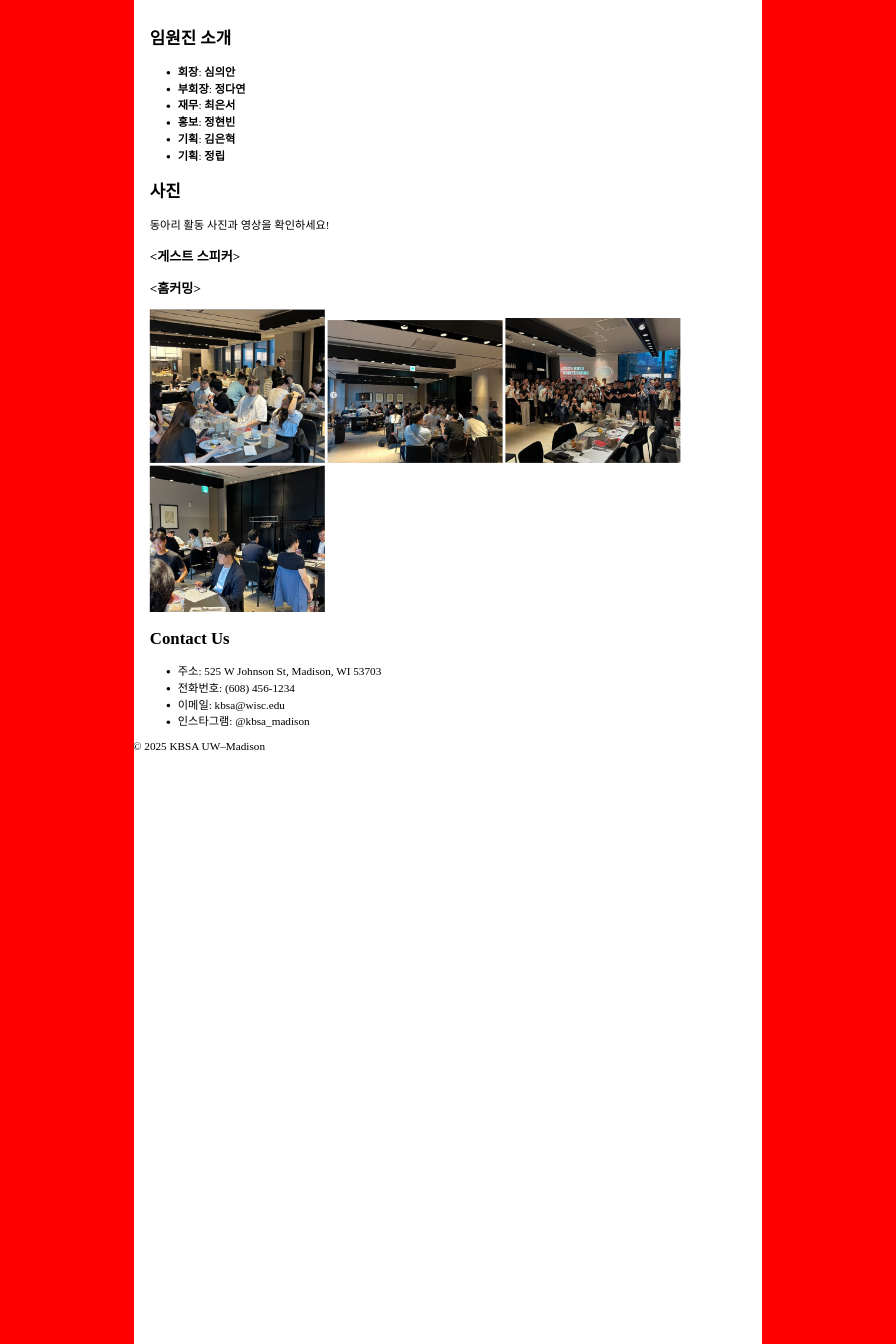
Repository: 23HarveyJi/25-Fall_chillguys
Page: website.html
The author's editor kept a copy of each file at every save. The page is drawn from the files as they stood at one save, then again after a run of saves.
The browser window is 1280 px wide. The pictures show the part of the page from y = 546 to 2466 px (the page is 18019 px tall), at 70% of full size.

Above is the page before, as saved 2025-10-16 23:45:41.

### website.html
<!DOCTYPE html>
<html lang="ko">
<head>
  <meta charset="UTF-8" />
  <title>UW–Madison 한인 동아리</title>
  <link rel="stylesheet" href="website.css" />
</head>

<body>
  <!-- 1. 소개 섹션 -->
  <div class="container">
    <h1>Korean Business Student Association</h1>

   <p><b>지원 링크:</b></p>
<a href="https://linktr.ee/kbsamadison?fbclid=PAZXh0bgNhZW0CMTEAAaez0IGr_gX9bEeE5vzRfHqp_7vc0nbncP" target="_blank">
  KBSA 지원하러 가기
</a>

   <h2>동아리 소개</h2>
    <p><i>저희 동아리는 UW–Madison에서 활동하는 한인 학생들의 모임입니다. 경영동아리로서, 다양한 비즈니스 관련 활동과 네트워킹 기회를 제공합니다.
        매주 정기 모임을 통해 최신 비즈니스 트렌드와 사례를 공유하고, 워크숍과 세미나를 개최하여 회원들의 역량 강화를 도모합니다.
        저희 동아리는 모든 전공 학생들에게 열려 있으며, 함께 성장하고 발전할 수 있는 기회를 제공합니다.
        관심 있는 분들은 언제든지 연락 주시기 바랍니다.</i>
</p>

<div class="container">
  <div class="content">
    <div class="text">
      <h2>동아리 목표</h2>
      <ul>
        <li>비즈니스 지식과 실무 능력 향상</li>
        <li>게스트 스피커 및 네트워킹 기회 제공</li>
        <li>프로젝트 발표</li>
        <li>피크닉</li>
        <li>홈커밍 이벤트</li>
        <li>소셜 미팅</li>
      </ul>
    </div>

   <div class="image">
  <!-- 로고에만 링크 -->
  <a href="https://www.instagram.com/kbsa_madison/?hl=en" target="_blank">
    <img src="kbsa.jpg" width="300" alt="KBSA" title="kbsa_madison">
  </a>
</div>



</div>
  </div>

  <!-- 2. 임원진 섹션 (body 안에 또 body 넣지 않기!) -->
  <div class="container">
    <h2>임원진 소개</h2>
   <ul class="officers">
  <li><a href="심의안.jpg" target="_blank"><strong>회장</strong>: <strong>심의안</strong></a></li>
  <li><a href="정다연.jpg" target="_blank"><strong>부회장</strong>:<strong> 정다연</strong> </a></li>
  <li><a href="최은서.jpg" target="_blank"><strong>재무</strong>: <strong>최은서</strong></a></li>
  <li><a href="정현빈.jpg" target="_blank"><strong>홍보</strong>: <strong>정현빈</strong></a></li>
  <li><a href="김은혁.jpg" target="_blank"><strong>기획</strong>: <strong>김은혁</strong></a></li>
  <li><a href="정립.jpg" target="_blank"><strong>기획</strong>: <strong> 정립 </strong></a></li>
</ul>
  </div>
</body>
</html>


<section>
  <div class="container">
    <h2>사진</h2>
    <p>동아리 활동 사진과 영상을 확인하세요!</p>
    <h3><게스트 스피커></h3>

    <h3><홈커밍></h3>
    <a href="homecoming1.jpg" target="_blank">
      <img src="homecoming1.jpg" width="250" alt="KBSA Photos" title="KBSA Photos">
    </a>
    <a href="homecoming2.jpg" target="_blank">
      <img src="homecoming2.jpg" width="250" alt="KBSA Photos" title="KBSA Photos">
    </a>
    <a href="homecoming3.jpg" target="_blank">
      <img src="homecoming3.jpg" width="250" alt="KBSA Photos" title="KBSA Photos">
    </a>
    <a href="homecoming4.jpg" target="_blank">
      <img src="homecoming4.jpg" width="250" alt="KBSA Photos" title="KBSA Photos">
    </a>
  </div>

</section>

<section>
  <div class="container">
    <h2>Contact Us</h2>
    <ul>
      <li>주소: 525 W Johnson St, Madison, WI 53703</li>
      <li>전화번호: (608) 456-1234</li>
      <li>이메일: kbsa@wisc.edu</li>
      <li>
        인스타그램:
        <a href="https://www.instagram.com/kbsa_madison/?hl=en" target="_blank">@kbsa_madison</a>
      </li>
    </ul>
  </div>
</section>

<footer>
  <p>© 2025 KBSA UW–Madison</p>
</footer>
</body>
</html>

### website.css
/* style.css — HTML 태그 금지! CSS만 */
/* style.css */

html, body {
    height: 500%;
    margin: 0;
}
body {
  background: linear-gradient(to right,
   red 15%,
   white 15% 85%,
   red 85%);
  background-repeat: no-repeat;
margin: 0;
}
.container {
  max-width: 800px;
  margin: 50px auto;
  padding: 0 20px;
}
h1 {
    font-size: 28px;
    font-weight: 700;
    margin-bottom: 15px;
    text-align: center;
}
/* 중앙 본문 폭 */
.container { max-width: 900px; margin: 0 auto; padding: 0 24px; }

/* ⬇️ 핵심 */
.content{
  display: flex;
  align-items: flex-start;
  justify-content: space-between;
  gap: 32px;
}

.text{ flex: 1 1 60%; }                    /* 텍스트 영역 */
.image{ flex: 0 0 260px; display:flex; justify-content:flex-end; }
.image img{ width: 240px; height:auto; display:block; }

/* 좁은 화면에서는 세로로 쌓이게 */
@media (max-width: 768px){
  .content{ flex-direction: column; }
  .image{ justify-content: flex-start; }
}

/* 로고 이미지만 링크 유지 + 클릭 시 효과 주기 (선택사항) */
.image a img {
  transition: transform 0.2s ease;
}

.image a img:hover {
  transform: scale(1.10);
}

a {
  text-decoration: none;
  color: black;
}

After the next 2 saves:
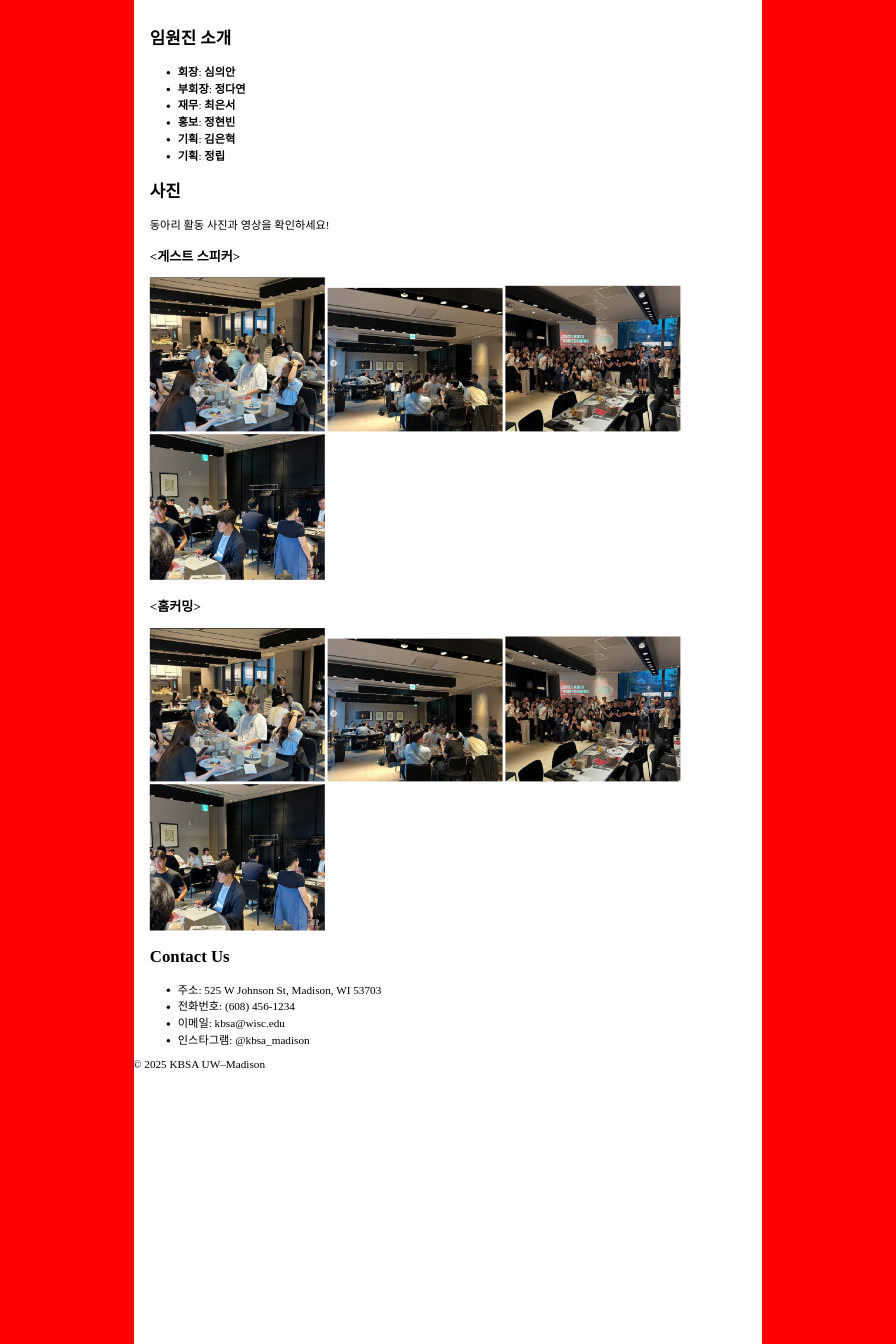
The 2 saves are shown as one change because they came seconds apart.
The last was saved 19 s later.
--- a/website.html
+++ b/website.html
@@ -70,6 +70,17 @@
     <h2>사진</h2>
     <p>동아리 활동 사진과 영상을 확인하세요!</p>
     <h3><게스트 스피커></h3>
+   <a href="homecoming1.jpg" target="_blank">
+      <img src="homecoming1.jpg" width="250" alt="KBSA Photos" title="KBSA Photos">
+    </a>
+    <a href="homecoming2.jpg" target="_blank">
+      <img src="homecoming2.jpg" width="250" alt="KBSA Photos" title="KBSA Photos">
+    </a>
+    <a href="homecoming3.jpg" target="_blank">
+      <img src="homecoming3.jpg" width="250" alt="KBSA Photos" title="KBSA Photos">
+    </a>
+    <a href="homecoming4.jpg" target="_blank">
+      <img src="homecoming4.jpg" width="250" alt="KBSA Photos" title="KBSA Photos">
 
     <h3><홈커밍></h3>
     <a href="homecoming1.jpg" target="_blank">
